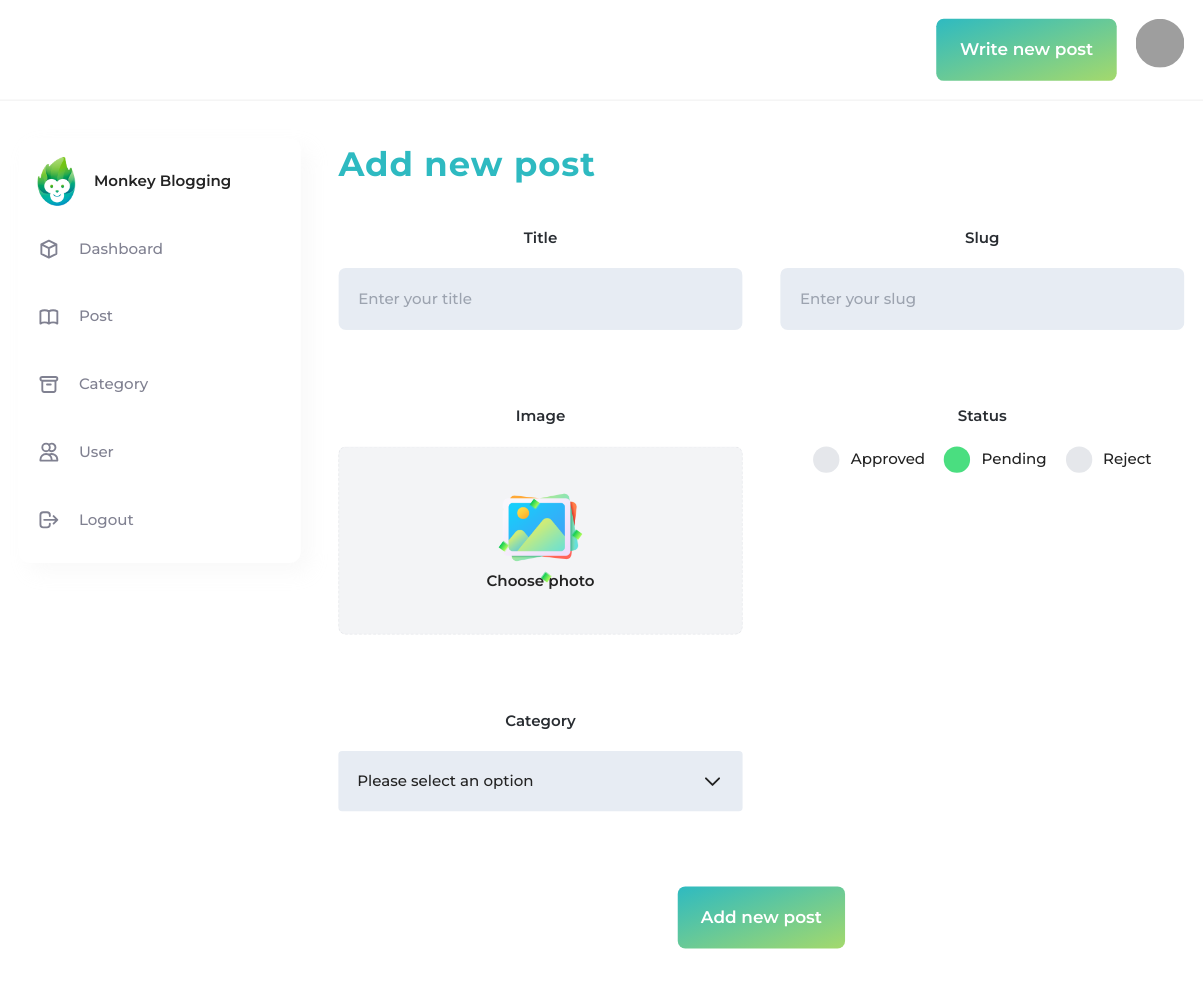
Repository: ThanhPhongsof/react-course-projects
Page: /manage/add-post (app in react-monkey-bloging/)
The author's editor kept a copy of each file at every save. The page is drawn from the files as they stood at one save, then again after the next save.
The browser window is 1280 px wide. The pictures show the whole page, at 94% of full size.
Pictures or frames that could not be fetched are drawn as grey boxes. The project was rebuilt for these pictures with package versions that can differ from the ones it lists, and the page was loaded fresh each time. Also part of the build but not shown: react-monkey-bloging/src/page/AuthenticationPage.js, react-monkey-bloging/src/components/icon/IconEyeOpen.js, react-monkey-bloging/src/components/icon/IconEyeClose.js, react-monkey-bloging/src/components/icon/index.js, react-monkey-bloging/src/components/input/InputPasswordToggle.js, react-monkey-bloging/src/page/SignUpPage.js, react-monkey-bloging/src/page/SignInPage.js, react-monkey-bloging/src/components/layout/Header.js and 21 more. Imported but missing from the stored project, and not drawn on this page: react-monkey-bloging/src/components/loading/LoadingSpinner, react-monkey-bloging/src/module/post/PostMeta.

Above is the page before, as saved 2022-05-09 15:18:45.

After the next save:
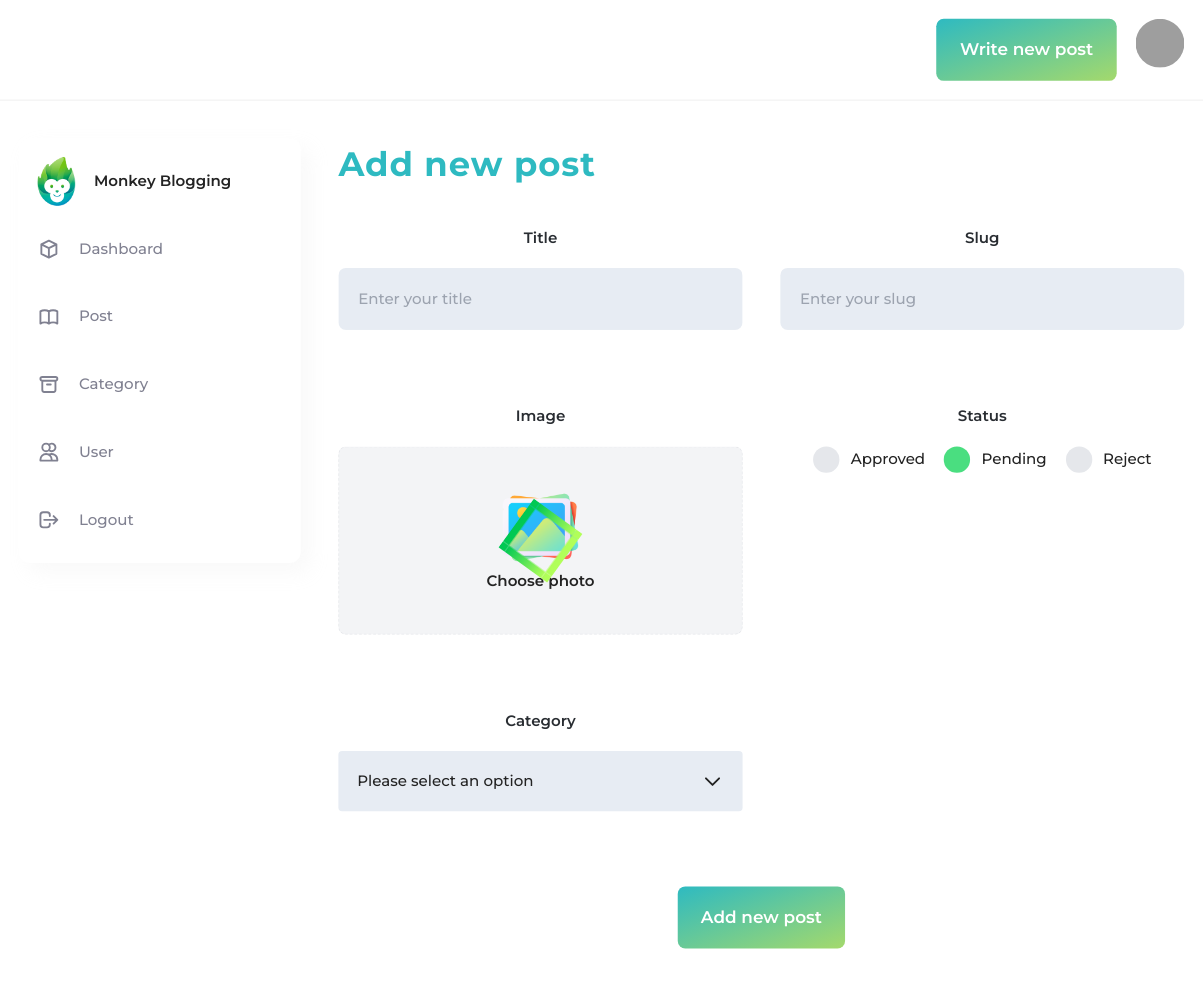
Saved 38 s later.
--- a/react-monkey-bloging/src/components/image/ImageUpload.js
+++ b/react-monkey-bloging/src/components/image/ImageUpload.js
@@ -60,6 +60,7 @@
         ${(props) => props.theme.primary},
         ${(props) => props.theme.secondary}
       ); */
+      border-image-slice: 1;
       border-top-color: transparent;
       position: absolute;
       z-index: 10;

After the 2 saves that followed:
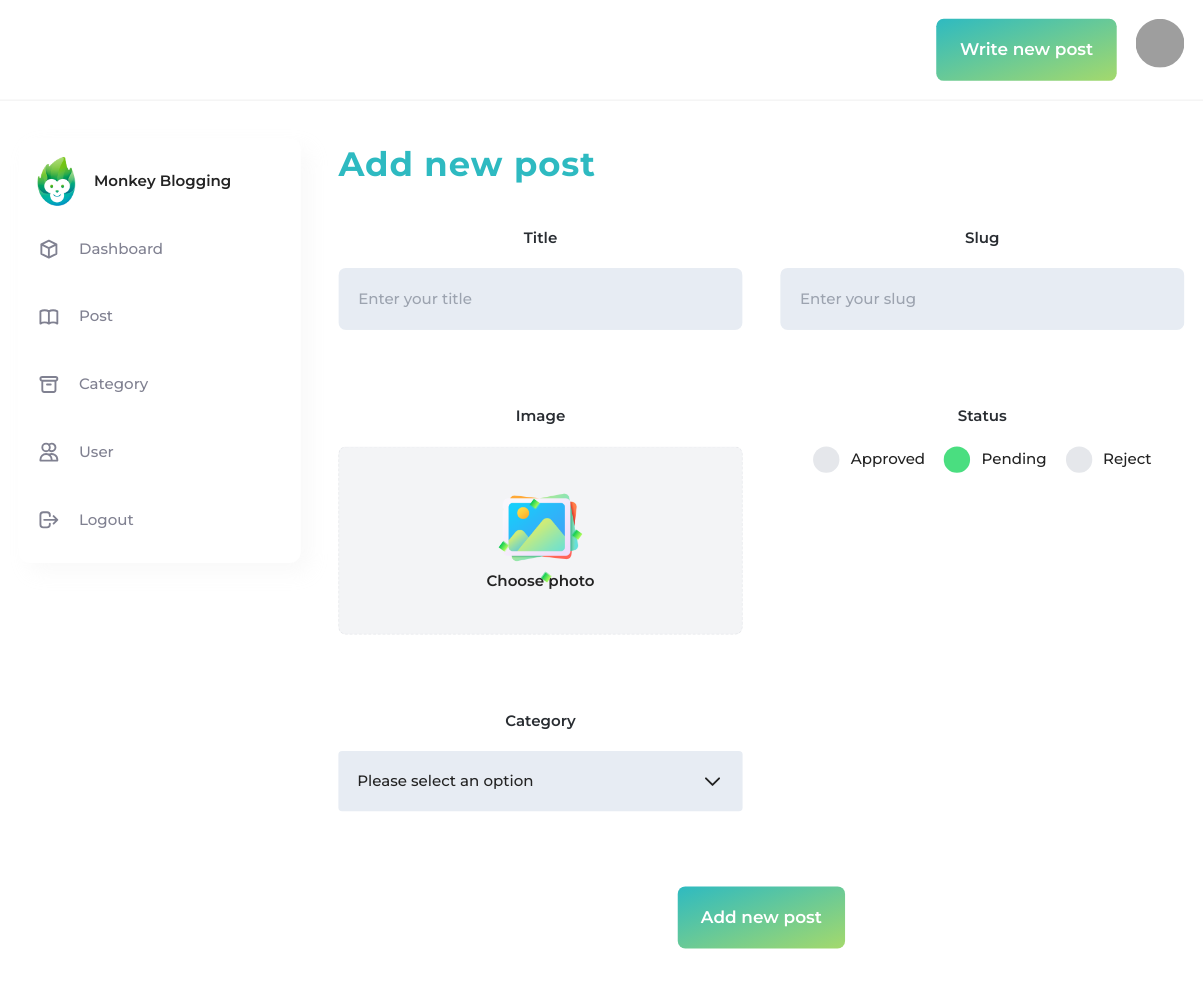
The 2 saves are shown as one change because 1 left the picture as it was.
The last was saved 54 s later.
--- a/react-monkey-bloging/src/components/image/ImageUpload.js
+++ b/react-monkey-bloging/src/components/image/ImageUpload.js
@@ -53,6 +53,7 @@
       width: 64px;
       height: 64px;
       border-width: 8px;
+      border-style: dashed;
       /* border-color: rgb(34, 197, 94); */
       border-image-source: linear-gradient(to left, #00c853, #b2ff59);
       /* linear-gradient(
@@ -60,7 +61,7 @@
         ${(props) => props.theme.primary},
         ${(props) => props.theme.secondary}
       ); */
-      border-image-slice: 1;
+      /* border-image-slice: 1; */
       border-top-color: transparent;
       position: absolute;
       z-index: 10;
